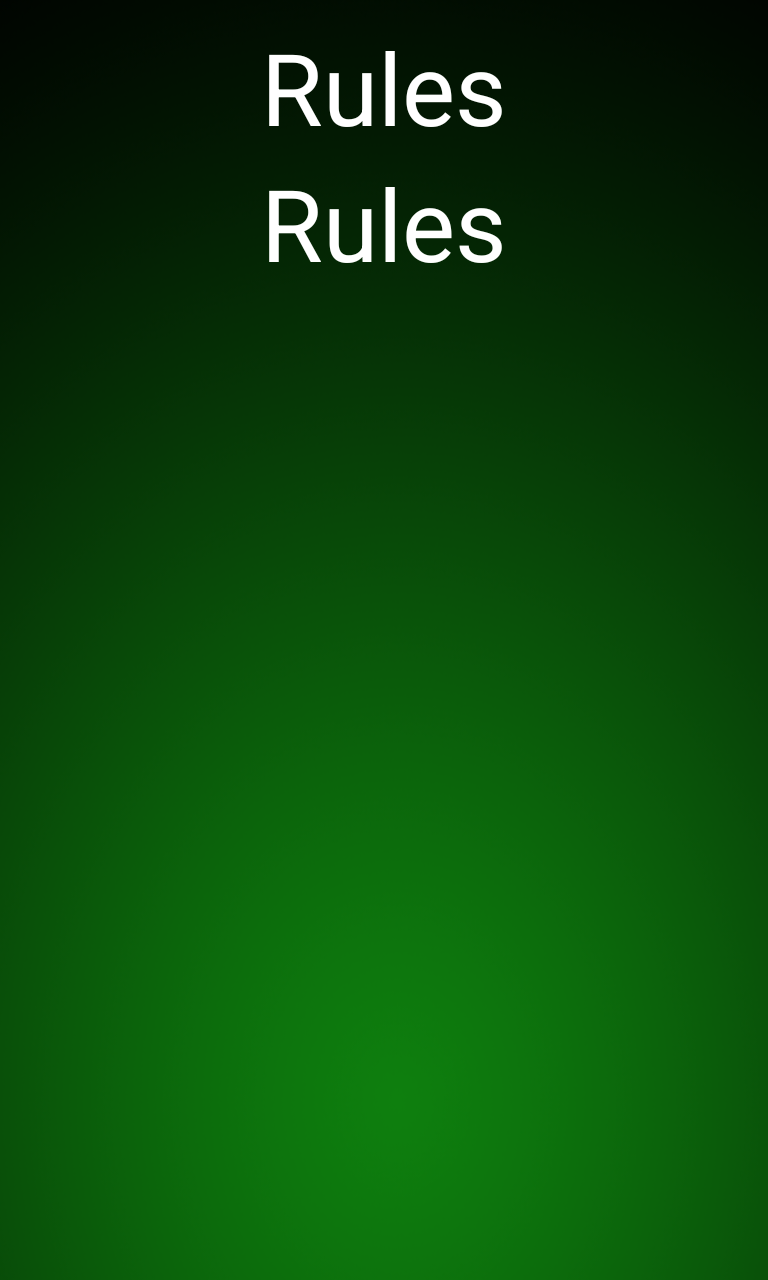
Repository: jwu14/AAProductions
Layout: EgyptianRatscrew/res/layout/activity_rules.xml
The author's editor kept a copy of each file at every save. The layout is drawn from the files as they stood at one save, then again after the next save.
It is drawn on a 768 x 1280 px phone screen (xhdpi) without system bars, with theme AppTheme; the app's code is not run.

Above is the layout before, as saved 2013-03-06 21:03:39.

After the next save:
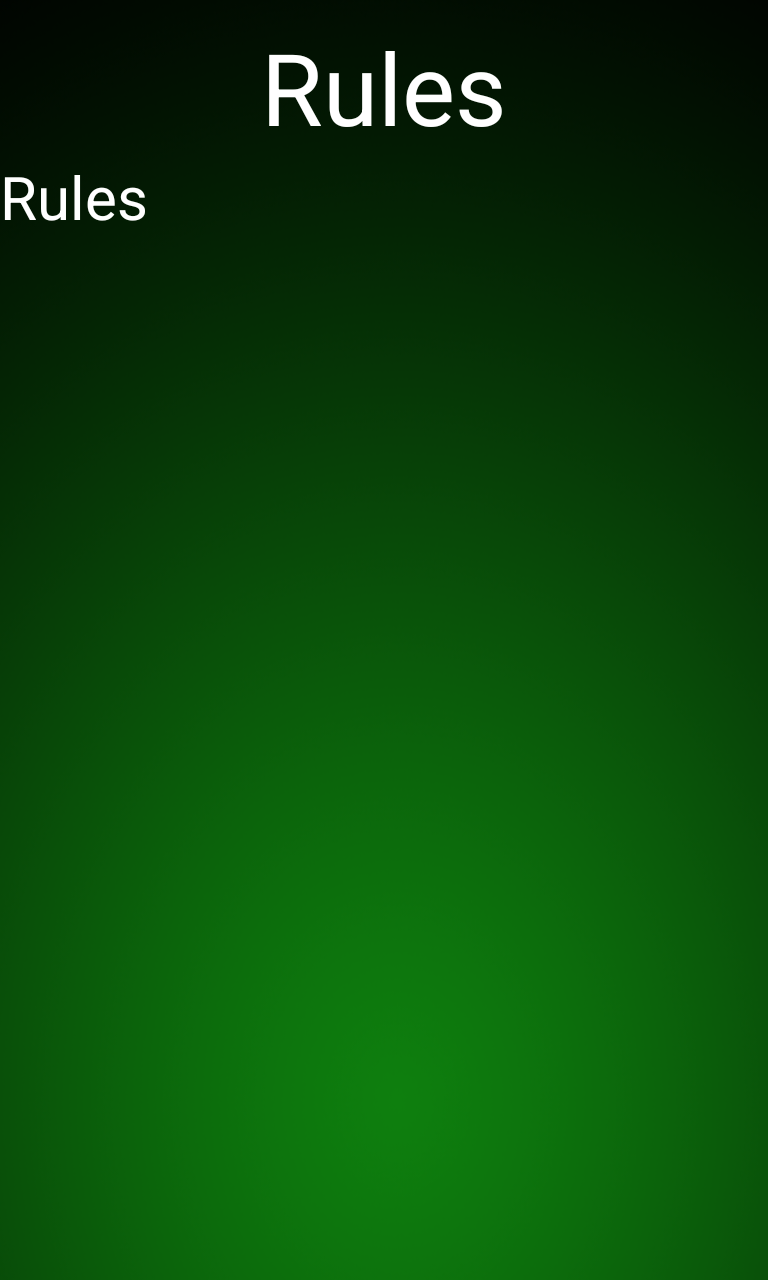
Saved 2 min 57 s later.
--- a/EgyptianRatscrew/res/layout/activity_rules.xml
+++ b/EgyptianRatscrew/res/layout/activity_rules.xml
@@ -25,9 +25,8 @@
         android:layout_height="0dip"
         android:layout_weight="0.23"
         android:clickable="false"
-        android:gravity="center_horizontal"
         android:text="Rules"
         android:textColor="#FFFFFF"
-        android:textSize="50sp" />
+        android:textSize="30sp" />
 
 </LinearLayout>
